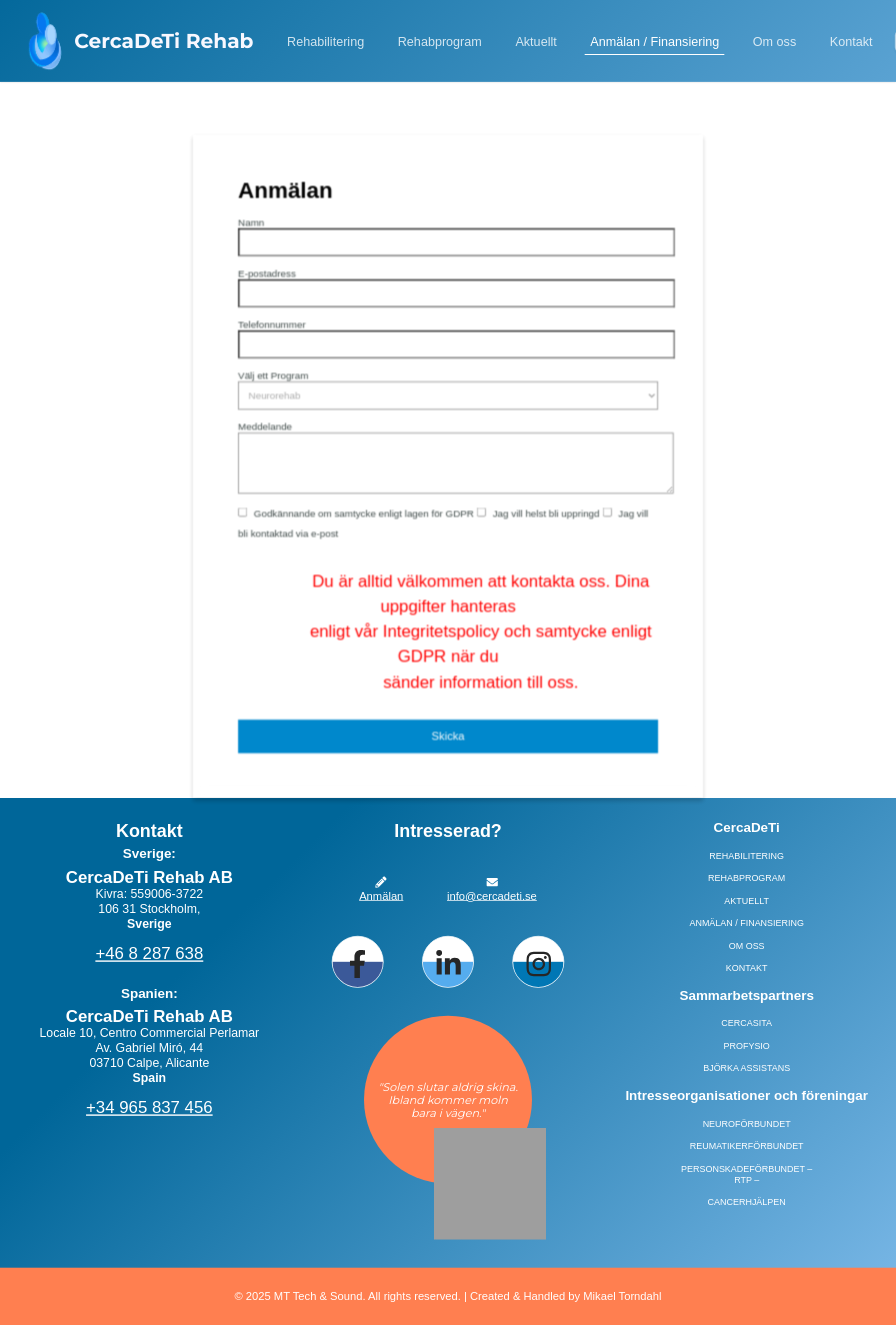
Repository: micketorndahl/CercaDeTi-rehab
Page: anmalan-form.html
The author's editor kept a copy of each file at every save. The page is drawn from the files as they stood at one save, then again after the next save.
The browser window is 1280 px wide. The pictures show the whole page, at 70% of full size.
Pictures or frames that could not be fetched are drawn as grey boxes. The page's requests for data from a server got no answer. Some web fonts or font styles are not loaded; a fallback is used. Some web libraries are served in a nearby version.

Above is the page before, as saved 2025-02-01 18:50:39.
Console error: TypeError: Cannot read properties of null (reading 'addEventListener')

### anmalan-form.html
<!DOCTYPE html>
<html lang="en">
  <head>
    <meta charset="UTF-8" />
    <meta name="viewport" content="width=device-width, initial-scale=1.0" />

    <link
      rel="stylesheet"
      href="https://use.fontawesome.com/releases/v5.6.3/css/all.css"
      integrity="sha384-UHRtZLI+pbxtHCWp1t77Bi1L4ZtiqrqD80Kn4Z8NTSRyMA2Fd33n5dQ8lWUE00s/"
      crossorigin="anonymous"
    />

    <script src="https://cdnjs.cloudflare.com/ajax/libs/font-awesome/5.15.4/js/all.min.js"></script>

    <link rel="stylesheet" href="style.css" />
    <link rel="stylesheet" href="tailwind.css" />
    <title>CercaDeTi Rehab</title>
  </head>
  <body>
    <div class="site-container">
      <header class="header">
        <div class="logo-wrapper">
          <div class="logo">
            <div class="logo-and-text">
              <a href="index.html">
                <img src="/images/cropped-CDTR.gif" alt="Logo" />
                <h1 class="cercadeti">CercaDeTi Rehab</h1>
              </a>
            </div>
          </div>
        </div>

        <nav class="main-nav">
          <div class="nav-container">
            <ul>
              <li>
                <a href="rehabilitering.html">Rehabilitering</a>
              </li>
              <li><a href="rehabprogram.html">Rehabprogram</a></li>
              <li><a href="aktuellt.html">Aktuellt</a></li>
              <li>
                <a href="anmalan-finans.html" class="active"
                  >Anmälan / Finansiering</a
                >
              </li>
              <li><a href="om-oss.html">Om oss</a></li>
              <li><a href="kontakt.html">Kontakt</a></li>
            </ul>
          </div>
        </nav>

        <div class="social-container">
          <div class="social">
            <ul>
              <li>
                <a href="https://www.facebook.com/CercadetiRehab/"
                  ><i class="fab fa-facebook-f icon"></i
                ></a>
              </li>
              <li>
                <a href="https://www.linkedin.com/company/cercadeti-rehab-ab"
                  ><i class="fab fa-linkedin-in icon"></i
                ></a>
              </li>
              <li>
                <a href="https://www.instagram.com/cercadetirehab/"
                  ><i class="fab fa-instagram icon"></i
                ></a>
              </li>
            </ul>
          </div>
        </div>
      </header>

      <div class="content">
        <div class="form-container">
          <form class="contact-form">
            <h2>Anmälan</h2>

            <label for="name">Namn</label>
            <input type="text" id="name" name="name" required />

            <label for="email">E-postadress</label>
            <input type="email" id="email" name="email" required />

            <label for="phone">Telefonnummer</label>
            <input type="tel" id="phone" name="phone" required />

            <label for="program">Välj ett Program</label>
            <select id="program" name="program" required>
              <option value="neurorehab">Neurorehab</option>
              <option value="reumarehab">Reumarehab</option>
              <option value="cancerrehab">Cancerrehab</option>
              <option value="stressrehab">Stressrehab</option>
              <option value="närståendeprogram">Närståendeprogram</option>
            </select>

            <label for="message">Meddelande</label>
            <textarea id="message" name="message" rows="4" required></textarea>

            <div class="checkbox-container">
              <input type="checkbox" id="gdpr" name="gdpr" required />
              <label for="gdpr"
                >Godkännande om samtycke enligt lagen för GDPR</label
              >

              <input type="checkbox" id="call" name="call" />
              <label for="call">Jag vill helst bli uppringd</label>

              <input type="checkbox" id="emailContact" name="emailContact" />
              <label for="emailContact"
                >Jag vill bli kontaktad via e-post</label
              >
            </div>

            <p class="info-text">
              Du är alltid välkommen att kontakta oss. Dina uppgifter hanteras
              enligt vår Integritetspolicy och samtycke enligt GDPR när du
              sänder information till oss.
            </p>

            <button type="submit" class="submit-btn">Skicka</button>
          </form>
        </div>
      </div>

      <!-- FOOTER START -->
      <footer class="footer-container">
        <div class="footer-top">
          <div class="footarea1 footer-shared">
            <h3>Kontakt</h3>

            <address class="address-shared address-se">
              <h5>Sverige:</h5>
              <strong
                ><span class="address-company-name"
                  >CercaDeTi Rehab AB</span
                ></strong
              ><br />
              <span class="address-location">Kivra: 559006-3722</span><br />
              <span class="address-city">106 31 Stockholm,</span><br />
              <span class="address-country"
                ><strong>Sverige</strong><br
              /></span>
              <br />
              <span class="telephone"
                ><a href="tel:+468287638">+46 8 287 638</a></span
              >
            </address>

            <div class="address-shared address-es">
              <address>
                <h5>Spanien:</h5>
                <strong
                  ><span class="address-company-name"
                    >CercaDeTi Rehab AB</span
                  > </strong
                ><br />
                <span class="address-location"
                  >Locale 10, Centro Commercial Perlamar</span
                ><br />
                <span class="address-street">Av. Gabriel Miró, 44</span><br />
                <span class="address-city">03710 Calpe, Alicante<br /></span>
                <span class="address-country"
                  ><strong>Spain</strong><br
                /></span>
                <br />
                <span class="telephone"
                  ><a href="tel:+34965837456">+34 965 837 456</a></span
                >
              </address>
            </div>
          </div>
          <div class="footarea2 footer-shared">
            <h3>Intresserad?</h3>
            <div class="footarea2-links">
              <a href=""><i class="fas fa-pencil-alt"></i> Anmälan</a>
              <a href="mailto:info@cercadeti.se"
                ><i class="fas fa-envelope"></i> info@cercadeti.se</a
              >
            </div>
            <div class="social-footer">
              <ul>
                <li>
                  <a href="https://www.facebook.com/CercadetiRehab/">
                    <i class="fab fa-facebook-f icon"></i>
                  </a>
                </li>

                <li>
                  <a href="https://www.linkedin.com/company/cercadeti-rehab-ab"
                    ><i class="fab fa-linkedin-in icon"></i
                  ></a>
                </li>
                <li>
                  <a href="https://www.instagram.com/cercadetirehab/"
                    ><i class="fab fa-instagram icon"></i
                  ></a>
                </li>
              </ul>
            </div>
            <div class="image-container-footer">
              <div class="image-wrapper">
                <p class="footer-quote">
                  "Solen slutar aldrig skina. Ibland kommer moln bara i vägen."
                </p>
                <img src="images/weelchair.icon.png" alt="wheelchair-icon" />
              </div>
            </div>
          </div>
          <div class="footarea3 footer-shared">
            <nav class="footer-nav">
              <div class="link-column1">
                <h4>CercaDeTi</h4>
                <ul>
                  <li><a href="rehabilitering.html">Rehabilitering</a></li>
                  <li><a href="rehabprogram.html">Rehabprogram</a></li>
                  <li><a href="aktuellt.html">Aktuellt</a></li>
                  <li>
                    <a href="anmalan-finans.html">Anmälan / Finansiering</a>
                  </li>
                  <li><a href="om-oss.html">Om oss</a></li>
                  <li><a href="kontakt.html">Kontakt</a></li>
                </ul>
              </div>

              <div class="link-column2">
                <h4>Sammarbetspartners</h4>
                <ul>
                  <li><a href="https://cercasita.com/">Cercasita</a></li>
                  <li><a href="https://profysio.es/">ProFysio</a></li>
                  <li>
                    <a href="https://www.bjorka-assistans.se/"
                      >Björka Assistans</a
                    >
                  </li>
                </ul>
              </div>

              <div class="link-column3">
                <h4>Intresseorganisationer och föreningar</h4>
                <ul>
                  <li><a href="https://neuro.se/">Neuroförbundet</a></li>
                  <li>
                    <a href="https://reumatiker.se/">Reumatikerförbundet</a>
                  </li>
                  <li>
                    <a href="https://rtp.se/">Personskadeförbundet – RTP – </a>
                  </li>
                  <li>
                    <a href="http://www.cancerhjalpen.se/">Cancerhjälpen</a>
                  </li>
                </ul>
              </div>
            </nav>
          </div>
        </div>
        <div class="footer-bottom">
          <div class="copyright">
            &copy; 2025 MT Tech &amp; Sound. All rights reserved. | Created
            &amp; Handled by Mikael Torndahl
          </div>
          <div class="additional-info"></div>
        </div>
      </footer>
      <!-- FOOTER END -->
    </div>
    <!-- SCRIPT SRCS -->
    <script src="js/script.js"></script>
    <script src="js/weather-api.js"></script>
  </body>
</html>

### style.css
@import url("css/reset.css");
@import url("css/standard.css");
@import url("css/variables.css");
@import url("css/typography.css");
@import url("css/layout.css");
@import url("css/navigation.css");
@import url("css/post.css");
@import url("css/footer.css");
@import url("css/searchbox.css");
@import url("css/page-templates.css");
@import url("css/mq-tablet.css");
@import url("css/mq-phone.css");
@import url("css/effects.css");

### css/standard.css
/*
/* STANDARD
*/

html {
  scroll-behavior: smooth;
}

a {
  text-decoration: none;
}

[class*="fa"]:not([class*="fab"]) {
  display: block;
  margin: 0 auto;
  padding: 0.2rem;
}

### css/typography.css
/*
/* HEADLINES
*/

body {
  background-color: var(--white);
  color: var(--gray-paragraph);
  font-style: normal;
}

.content p,
.container-index p {
  font-size: 1.5rem;
  font-weight: 300;
  white-space: pre-wrap;
  text-align: center;
  margin: 0.5rem;
  word-wrap: break-word;
  line-height: 1.5;
}

body,
.content p,
container-index p,
.address-company-name,
address span,
h1,
h2,
h3,
h4,
h5,
h6 {
  font-family: var(--font-secondary), sans-serif;
  margin: 0;
  padding: 0;
}

h1,
h2,
h3,
h4,
h5,
h6 {
  font-weight: bold;
}

h1 {
  font-size: 2rem;
}
h2 {
  font-size: calc(5rem + 1vw);
}

h3 {
  font-size: 1.6rem;
  color: var(--white);
  margin-bottom: 0.5rem;
}
h4 {
  font-size: 1.2rem;
  color: var(--white);
  margin-bottom: 0.5rem;
}
h5 {
  font-size: 1.2rem;
  font-style: normal;
  padding: 0;
}
h6 {
  font-size: 1rem;
}

.banner-content h2 {
  font-family: var(--font-ten), sans-serif;
  font-size: 6rem;
  font-style: bold;
  line-height: 1.2;
  margin-top: 0.5rem;
  color: var(--white);
}

.address-company-name {
  font-size: 1.5rem;
  font-weight: bold;
  font-style: normal;
}

address span {
  font-style: normal;
  font-size: 1.1rem;
  font-weight: 400;
  margin: 0;
  padding: 0;
}

### css/layout.css
/*
/* LAYOUT
*/

.site-container {
  flex: 1;
  display: flex;
  flex-direction: column;
  margin: 0 auto;
  width: 100%;
}

.header {
  background: linear-gradient(
    135deg,
    var(--color-quaternary) 25%,
    var(--color-tertiary) 100%
  );
  background-size: 200% 100%;
  display: flex;
  justify-content: space-between;
  align-items: center;
  margin: 0;
  z-index: 1000;
  width: 100%;
  position: fixed;
  box-shadow: 0 1px 3px rgba(0, 0, 0, 0.1), 0 1px 2px rgba(0, 0, 0, 0.06);
  animation: shineEffect 7s infinite linear;
}

.header > div {
  flex: 1; /* Makes each section take up equal space */
}

.logo-wrapper {
  display: flex;
  flex-direction: row;
  justify-content: center;
  flex-grow: 1;
  flex-shrink: 0;
  position: relative;
  animation: shineEffect 4s ease-in-out infinite;
}

@keyframes shineEffect {
  0% {
    background-position: 0% 50%;
    box-shadow: 0 0 10px var(--background-color-blue);
  }
  50% {
    background-position: 100% 50%;
    box-shadow: 0 0 20px var(--background-color-light-blue);
  }
  100% {
    background-position: 0% 50%;
    box-shadow: 0 0 10px var(--background-color-blue);
  }
}

.logo {
  display: flex;
  flex-direction: row;
  align-items: center;
  padding: 0;
}

.logo img {
  width: 50px;
  height: 85px;
  transition: transform 0.3s ease-in-out, filter 0.3s ease-in-out;
  padding: 0 1rem;
}

.logo img {
  animation: pulse 2.5s infinite;
}

@keyframes pulse {
  0%,
  100% {
    transform: scale(1);
    filter: brightness(1) hue-rotate(0deg) saturate(1);
  }
  50% {
    transform: scale(1.05);
    filter: brightness(1.1) hue-rotate(10deg) saturate(1.3);
  }
}

.logo-and-text {
  display: flex;
  flex-direction: row;
  justify-content: center;
  align-items: center;
  margin: 0;
  padding: 1rem 1.5rem;
}

.logo-and-text a {
  display: flex;
  flex-direction: row;
  align-items: center;
}

h1.cercadeti {
  font-family: var(--font-eight), sans-serif;
  font-size: 1.8rem;
  font-weight: 700;
  color: var(--ghost-white);
  white-space: nowrap;
}

.ctas-container {
  display: flex;
  justify-content: center;
  align-items: center;
}

.button-CTA {
  background-color: var(--color-secondary);
  padding: 1rem 2.6rem;
  border-radius: 3rem;
  box-shadow: rgba(0, 0, 0, 0.1) 0 2px 4px;
  color: #ffffff;
  font-family: Pontano Sans, sans-serif;
  font-size: 1rem;
  font-weight: 500;
  outline: 0;
  text-align: center;
  text-transform: uppercase;
  text-decoration: none;
  margin: 2rem 0.5rem;
  border: 0;
  cursor: pointer;
  transition: all 0.3s ease-in-out;
  position: relative;
  z-index: 1;
  transform-origin: center;
}

/* First button: Transparent effect on hover */
.button-CTA:nth-of-type(1) {
  background-color: var(--color-primary);
}

.button-CTA:nth-of-type(1):hover {
  background-color: rgba(227, 227, 227, 0.1);
  color: white;
  /* Use outline instead of border */
  outline: 1px solid var(--color-primary); /* Or 2px as you prefer */
  outline-offset: -1px; /* Adjust if needed to make outline appear as border */
  box-shadow: rgba(0, 0, 0, 0.2) 0 4px 8px;
  transform: scale(1.05);
}

/* Second button: More vibrant on hover */
.button-CTA:nth-of-type(2) {
  background-color: var(--color-secondary);
}

.button-CTA:nth-of-type(2):hover {
  background-color: #ff5722;
  box-shadow: rgba(0, 0, 0, 0.25) 0 6px 12px;
  /* Scale on hover */
  transform: scale(1.05); /* Adjust scale factor as desired */
}

.button-CTA:active {
  transform: translateY(1px) scale(0.95); /* Scale down slightly on active */
  box-shadow: rgba(0, 0, 0, 0.1) 0 2px 4px;
}

.banner {
  position: relative;
  display: flex;
  flex-direction: column;
  min-height: 100vh;
  background-image: url(../images/banner-index.jpg);
  background-repeat: no-repeat;
  background-size: cover;
  background-attachment: fixed;
  background-position: center top;
  padding-top: 100px;
}

.banner::before {
  content: "";
  position: absolute;
  top: 0;
  left: 0;
  width: 100%;
  height: 60%; /* Only darken the top part */
  background: linear-gradient(to bottom, rgba(0, 0, 0, 0.6), rgba(0, 0, 0, 0));
  z-index: 1;
}

#banner-aktuellt {
  background-image: url(../images/banner-aktuellt.jpg);
}

#banner-anmalan-finans {
  background-image: url(../images/banner-anmalan-finans.jpg);
}

#banner-kontakt {
  background-image: url(../images/rehab10.jpg);
  background-position: center center;
}

#banner-om-oss {
  background-image: url(../images/rehab11.jpg);
  background-position: center center;
}

#banner-rehabilitering {
  background-image: url(../images/banner-rehabilitering.jpg);
}

.banner-content {
  position: relative;
  z-index: 2; /* Ensures the text appears above the dark overlay */
  display: flex;
  flex-direction: column;
  justify-content: space-around;
  align-items: center;
}

.slogan {
  padding: 5rem;
  color: var(--white);
  text-align: center;
}

.content {
  width: 60%;
  margin: 0 auto;
  display: flex;
  align-items: center; /* Vertically center grid items */
  justify-content: center; /* Horizontally align items */
}

.content-3col {
  display: grid;
  grid-template-columns: 1fr 3fr 1fr; /* Left Sidebar - Main Content - Right Sidebar */
  grid-template-rows: auto; /* Allow content to dictate height */
  grid-template-areas: "left main right"; /* Define named grid areas */
}

section.main {
  grid-column:
  display: flex;
  flex-direction: column;
  text-align: center;
  background: var(--white);

}

section.main h2 {
  font-size: 3rem;
  color: var(--text-dark);
}

aside {
  display: flex;
  flex-direction: column;
  justify-content: center;
  align-items: center;
}

aside.sidebar-left {
  grid-column: 1;
  display: flex;
  align-items: center; /* Vertically center content */
  justify-content: center; /* Horizontally center content */
}

aside.sidebar-right {
  grid-column: 3;
  display: flex;
  align-items: center;
  justify-content: center; /* Ensures vertical centering */
}

aside h3 {
  color: var(--text-dark);
}

.form-container {
  background: var(--ghostwhite);
  backdrop-filter: blur(10px);
  margin-top: 12rem;
  padding: 4rem;
  border-radius: var(--border-radius);
  width: 80%;
  max-width: 600px;
  box-shadow: 0 4px 6px rgba(0, 0, 0, 0.2);
  transition: transform 0.3s ease-in-out;
}

.form-container:hover {
  transform: translateY(-10px);

}

.contact-form h2 {
  font-size: 2rem;
  margin-bottom: 20px;
  color: var(--black);
}

label {
  font-size: 14px;
  margin-bottom: 5px;
  color: var(--ghostwhite);
}

input, select, textarea {
  width: 100%;
  padding: 10px;
  margin-bottom: 15px;
  border: 1px solid rgba(255, 255, 255,);
  border-radius: var(--border-radius);
  background: var(--ghostwhite);
  color: var(--darkgray);
  font-size: 14px;
  outline: none;
}

input[type="checkbox"] {
  width: auto;
  margin-right: 5px;
}

textarea {
  resize: vertical;
}

.checkbox-container {
  margin-bottom: 5px;
}

.info-text {
  color: red;
  font-size: 3rem;

}

.submit-btn {
  background-color: var(--color-primary);
  color: var(--white);
  border: none;
  padding: 15px;
  font-size: 16px;
  width: 100%;
  border-radius: var(--border-radius);
  cursor: pointer;
  transition: background-color 0.3s ease;
}

.submit-btn:hover {
  background-color: var(--color-secondary);
}

### css/navigation.css
/* NAV */

.main-nav {
  display: flex;
  justify-content: center;
  align-items: center;
  padding: 0;
  flex-grow: 0;
  flex-shrink: 0;
}

nav.main-nav ul {
  display: flex;
  margin: 0;
  padding: 0;
}

nav.main-nav ul li {
  list-style: none;
  margin: 0 1rem;
}

.main-nav a {
  position: relative;
  display: inline-block;
  padding: 0.5rem;
  text-decoration: none;
  transition: color 0.2s ease-in-out;
}

nav.main-nav ul li a {
  font-family: var(--font-secondary), sans-serif;
  font-size: 18px;
  font-weight: 400;
  line-height: 1rem;
  /* Slightly darker default color */
  color: var(--dullwhite);
  text-decoration: none;
  transition: all 0.4s ease-in-out;
}

nav.main-nav ul li a:hover {
  color: var(--white); /* Brighter on hover */
}

nav.main-nav ul li a.active {
  color: var(--white); /* Brightest when active */
}

nav.main-nav ul li a.active::after {
  content: "";
  position: absolute;
  left: 0;
  bottom: -4px;
  width: 100%;
  height: 1px; /* Adjusted height here */
  background-color: var(--white);
  border-radius: 2px;
  transition: transform 0.3s ease, background-color 0.3s ease;
}

/* Hover underline that grows from the left */
nav.main-nav ul li a::after {
  content: "";
  position: absolute;
  left: 0;
  bottom: -4px;
  width: 0;
  height: 1px;
  background-color: var(--white);
  border-radius: 2px;
  transition: width 0.6s ease, background-color 0.6s ease;
  opacity: 0;
}

nav.main-nav ul li a:hover::after {
  width: 100%;
  opacity: 1;
  height: 1px;
}

/* Active link styles */
nav.main-nav ul li a.active::after {
  width: 100%;
  height: 2px; /* Adjusted height here */
  opacity: 1;
}

.social-container {
  display: flex;
  justify-content: center;
  align-items: center;
  flex-grow: 1;
  flex-shrink: 1;
}

.social ul {
  display: flex;
  justify-content: space-evenly;
  margin: 0;
}

.social li {
  margin: 0.5rem;
}

.ctas-container {
  display: flex; /* Aligns buttons side by side */
  justify-content: center;
  align-items: center;
}

### css/post.css
/*
/* POST */
/*

### css/searchbox.css
/*
/* SEARCHBOX */
/*

### css/mq-tablet.css
/*
/* MQ-TABLET */
/*

### css/mq-phone.css
/*
/* MQ-PHONE*/
/*

Loaded but not shown: tailwind.css (library); js/script.js (117 lines, source omitted); js/weather-api.js (90 lines, source omitted); css/page-templates.css (379 lines, source omitted); css/reset.css (364 lines, source omitted); css/effects.css (235 lines, source omitted); css/variables.css (74 lines, source omitted); css/footer.css (189 lines, source omitted)

After the next save:
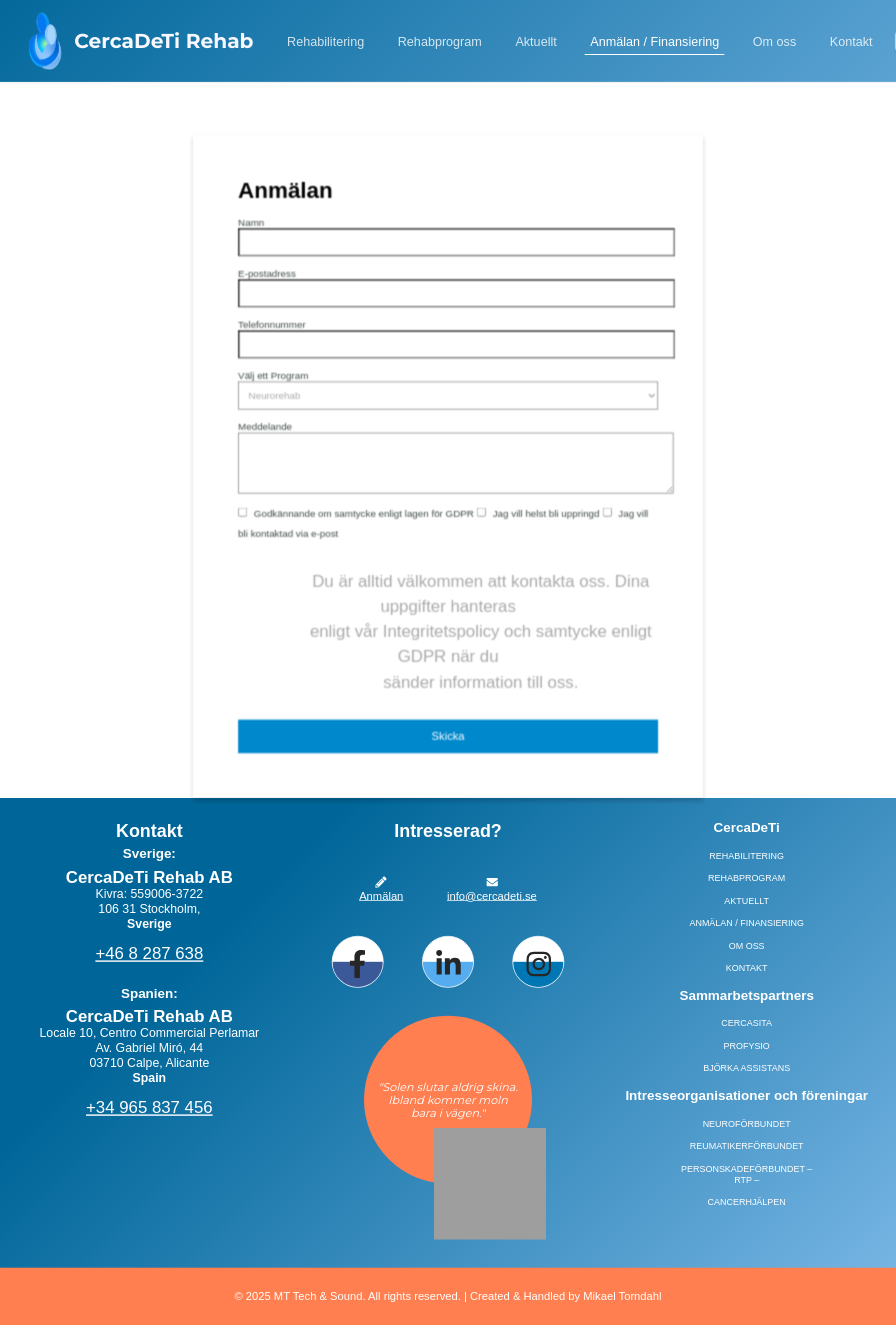
Saved 7 s later.
--- a/css/layout.css
+++ b/css/layout.css
@@ -340,7 +340,7 @@
 }
 
 .info-text {
-  color: red;
+  color: var(--darkgray);
   font-size: 3rem;
 
 }
